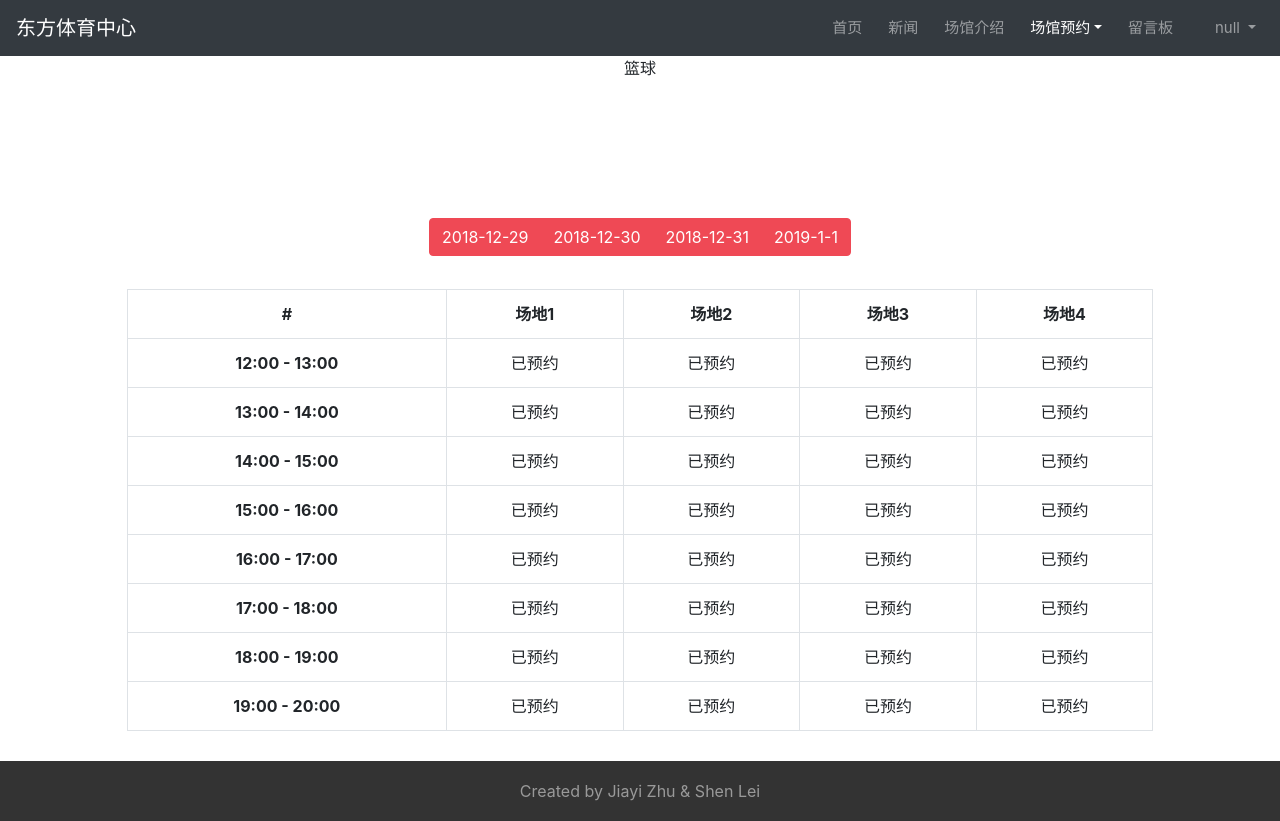
Repository: yueyue200830/Gym-Reservation
Page: http://localhost/reservation/reservation.jsp?rnvid=1
An editor plug-in stored every save of this project. The page is shown before and after the next save, followed by the edit.
The browser window is 1280 px wide. The pictures show the whole page.
Some web fonts or font styles are not loaded; a fallback is used. The page is served by Tomcat 9. Other server files are loaded and not shown. Queries for data that is not in the repository find no rows.

Above is the page before, as saved 2018-12-28 06:02:31.

### reservation/WebContent/reservation.jsp
<%@ page language="java" contentType="text/html; charset=UTF-8"
    pageEncoding="UTF-8"%>
<!DOCTYPE html>
<html>
<head>
	<meta charset="UTF-8">
	<meta name="viewport" content="width=device-width, initial-scale=1, shrink-to-fit=no">
	<title>预约</title>
	<link href="reservation.css" rel="stylesheet">
	<link href="settled.css" rel="stylesheet">
	<link rel="stylesheet" href="bootstrap/css/bootstrap.min.css">
</head>
<body>
	<nav class="navbar navbar-expand-sm navbar-dark bg-dark">
      <a class="navbar-brand">东方体育中心</a>
      <button class="navbar-toggler" type="button" data-toggle="collapse" data-target="#navbarsExample03" aria-controls="navbarsExample03" aria-expanded="false" aria-label="Toggle navigation">
      	<span class="navbar-toggler-icon"></span>
      </button>
      <div class="collapse navbar-collapse" id="navbarsExample03">
        <ul class="navbar-nav ml-auto">
        <li class="nav-item">
            <a class="nav-link" href="Hello.jsp">首页 <span class="sr-only">(current)</span></a>
          </li>
          <li class="nav-item">
            <a class="nav-link" href="news.jsp">新闻 </a>
          </li>
          <li class="nav-item">
            <a class="nav-link" href="rvnintro.jsp">场馆介绍</a>
          </li>
          <li class="nav-item dropdown active">
            <a class="nav-link dropdown-toggle" href="#" id="dropdown03" data-toggle="dropdown" aria-haspopup="true" aria-expanded="false">场馆预约</a>
            <div class="dropdown-menu dropdown-top" aria-labelledby="dropdown03">
              <a class="dropdown-item dropdown-word" href="reservation.jsp?rnvid=1">篮球</a>
              <a class="dropdown-item dropdown-word" href="reservation.jsp?rnvid=2">乒乓球</a>
              <a class="dropdown-item dropdown-word" href="reservation.jsp?rnvid=3">羽毛球</a>
              <a class="dropdown-item dropdown-word" href="reservation.jsp?rnvid=4">排球</a>
            </div>
          </li>

          <li class="nav-item">
            <a class="nav-link" href="messageboard.jsp">留言板</a>
          </li>
          <li class="nav-item dropdown no-arrow">
            <a class="nav-link dropdown-toggle" href="#" id="userDropdown" role="button" data-toggle="dropdown" aria-haspopup="true" aria-expanded="false">
            	<i class="ps-icon"></i>
            	<%= session.getAttribute("usrName") %>
            </a>
            <div class="dropdown-menu dropdown-menu-right dropdown-top" aria-labelledby="userDropdown">
              <a class="dropdown-item dropdown-word" href="UserInform.jsp">个人信息</a>
              <a class="dropdown-item dropdown-word" href="myorder.jsp">我的订单</a>
            <div class="dropdown-divider"></div>
              <a class="dropdown-item dropdown-word" href="#" data-toggle="modal" data-target="#logoutModal">登出</a>
            </div>
        </li>
      </ul>
      </div>
    </nav>
	<div class="center">
		<div class="table-show" id="vnu-title">
			篮球
		</div>
		<div class="btn-group btn_group_date" role="group" id="days" aria-label="First group" >
	    </div>
		<div class="card-body table-responsive table-show col-10">
			<table class="table table-bordered mb-0" id="reservation-table">
				<tr>
				<th>#</th>
				<th>场地1</th>
				<th>场地2</th>
				<th>场地3</th>
				<th>场地4</th>
				</tr>
			</table>
		</div>
	</div>
    <footer class="footer">
      <div class="container foot-text">
        <span class="foot-t">Created by Jiayi Zhu & Shen Lei</span>
      </div>
    </footer>
    <div class="modal fade" id="logoutModal" tabindex="-1" role="dialog" aria-labelledby="exampleModalLabel" style="display: none;" aria-hidden="true">
      <div class="modal-dialog" role="document">
        <div class="modal-content">
          <div class="modal-header">
            <h5 class="modal-title" id="exampleModalLabel">确定登出？</h5>
            <button class="close" type="button" data-dismiss="modal" aria-label="Close">
              <span aria-hidden="true">×</span>
            </button>
          </div>
          <div class="modal-body" style="text-align:center">生命在于运动</div>
          <div class="modal-footer">
            <button class="btn btn-secondary btn-cencel" type="button" data-dismiss="modal">取消</button>
            <a class="btn btn-primary" href="logout.jsp">确定</a>
          </div>
        </div>
      </div>
    </div>
    <script src="https://ajax.aspnetcdn.com/ajax/jquery/jquery-3.3.1.min.js"></script>
	<script src="https://cdn.staticfile.org/popper.js/1.14.3/umd/popper.min.js"></script>
	<script src="bootstrap/js/bootstrap.min.js"></script>
	<script>
	$(document).ready(function() {
		addDate();
		getTable();
	});
	function addDate() {
		var d = new Date();
		for (var i = 0; i < 4; i++) {
			var changeID = "day" + (i + 1);
			d = d.setDate(d.getDate() + 1);
			d = new Date(d);
			var changeday = d.getFullYear() + "-" + (d.getMonth()+1) + "-" + d.getDate();
			// document.getElementById(changeID).innerHTML = changeday;
			$("#days").append(
					"<a type='button' class='btn btn-secondary' id='" + changeID
					+ "' href='reservation.jsp?rnvid="+<%= request.getParameter("rnvid") %>+
					"&year="+d.getFullYear()+"&month="+(d.getMonth()+1)+"&day="+ d.getDate() +"')>" + changeday + "</a>");
		}
	}
	function getTable() {
		var t = new Date();
		t = t.setDate(t.getDate() + 1);
		t = new Date(t);
		var year = t.getFullYear();
		var month = t.getMonth()+1;
		var day = t.getDate();
		var rvnid = <%= request.getParameter("rnvid") %>;
		if(<%= request.getParameter("year") %> != null){
			year = <%= request.getParameter("year") %>;
			month = <%= request.getParameter("month") %>;
			day = <%= request.getParameter("day") %>;
		}
		//alert(year+","+month+","+day);
		var today = year + "-" + month + "-" + day;
		$.ajax({
			type : "POST",
			url : "OrderAvailable",
			data : {
				rvnID : rvnid,
				rvnDate : today
			},
			dataType : "json",
			success : function(data) {
				for (var j = 0; j < 8; j++) {
					var item = "<th>" + (j + 12) + ":00 - " + (j + 13) + ":00</th>";
					for (var i = 0; i < 4; i++) {
						if (data[i][j] != 0) {
							item += "<td><a href='orderadd.jsp?rvnRoom="+(i+1)+"&rvnTime="+(j+1)+"&rvnId="+
									rvnid+"&rvnPrice="+data[i][j]+"&year="+ year+"&month="+month+"&day="+day+
									"'>"+data[i][j]+"元</a></td>";
						} else {
							item += "<td><a>已预约</a></td>";
						}
					}
					$("#reservation-table").append("<tr>" + item + "<tr>");
				}
			},
			error : function(XMLHttpRequest, textStatus, errorThrown) {
				alert(XMLHttpRequest.status);
				alert(XMLHttpRequest.readyState);
				alert(textStatus);
			}
		});
	}
	</script>
</body>
</html>

### reservation/WebContent/reservation.css
@charset "UTF-8";

.center{
	text-align:center !important;
}

[type=button]{
	-webkit-appearance:none !important;
	outline:none;
}

.btn_group_date{
	padding: 1% !important;
	margin-top:2% !important;
}

.rvn-title {
	font-size: 20px;
}

### reservation/WebContent/settled.css
@charset "UTF-8";


/*
 *navbar
 */

@font-face {
  font-family: 'FontAwesome';
  src: url('fonts/fontawesome-webfont.eot?v=4.7.0');
  src: url('fonts/fontawesome-webfont.eot?#iefix&v=4.7.0') format('embedded-opentype'), url('../fonts/fontawesome-webfont.woff2?v=4.7.0') format('woff2'), url('../fonts/fontawesome-webfont.woff?v=4.7.0') format('woff'), url('../fonts/fontawesome-webfont.ttf?v=4.7.0') format('truetype'), url('../fonts/fontawesome-webfont.svg?v=4.7.0#fontawesomeregular') format('svg');
  font-weight: normal;
  font-style: normal;
}

.ps-icon::before{
	content: '\f007';
	font-family: FontAwesome !important;
	font-style: normal !important;
}


.body {
  padding-bottom: 20px;
}

.navbar {
  font-size: 15px !important;
}

.navbar-brand {
  color: #fff !important;
}

.dropdown-top {
  min-width: 7rem !important;
}

.navbar-nav li {
  margin-left: 10px;
}

.dropdown-word {
  font-size: 15px !important;
  text-align: center !important;
}



.dropdown-word:active {
	background-color: #ef4955 !important;
}

/*
 *Sticky footer styles
 */
html {
  position: relative;
  min-height: 100%;
}

body {
  margin-bottom: 60px; /* Margin bottom by footer height */
}

.footer {
  position: absolute;
  bottom: 0;
  width: 100%;
  height: 60px; /* Set the fixed height of the footer here */
  line-height: 60px; /* Vertically center the text there */
  background-color: #333;
}

.foot-t {
  color: rgba(255, 255, 255, .5);
  margin-bottom: 0;
}

.foot-text {
  text-align: center!important;
}

/*
 *button
 */

.btn {
  background-color: #ef4955 !important;
  border-color: #ef4955 !important;
  margin-top: 30px;
}

.btn:active,
.btn:focus{
  border: 0 !important;
  border-color: rgba(0,0,0,0) !important;
  box-shadow: 0 0 0 3px rgba(239, 73, 85, .5) !important;
}

.modal-footer>.btn-primary,
.modal-footer>.btn-secondary {
  padding: 3px 15px !important;
}

.close:active {
  border: 0 !important;
  box-shadow: 0 0 0 0 rgba(239, 73, 85, .5) !important;
}

.btn-a {
  color: #fff !important;
}

/*
 *table
 */

.table-show {
	margin-bottom:70px !important;
	margin-top: 30px;
	margin:auto;
	text-align:center;
}

### reservation/src/servlet/OrderAvailable.java
package servlet;

import java.io.IOException;
import javax.servlet.ServletException;
import javax.servlet.annotation.WebServlet;
import javax.servlet.http.HttpServlet;
import javax.servlet.http.HttpServletRequest;
import javax.servlet.http.HttpServletResponse;

import dbconns.OrderDAO;
import dbconns.OrderDAOImpl;
import net.sf.json.JSONArray;

/**
 * Servlet implementation class OrderAvailable
 */
@WebServlet("/OrderAvailable")
public class OrderAvailable extends HttpServlet {
	private static final long serialVersionUID = 1L;

    /**
     * @see HttpServlet#HttpServlet()
     */
    public OrderAvailable() {
        super();
        // TODO Auto-generated constructor stub
    }

	/**
	 * @see HttpServlet#doGet(HttpServletRequest request, HttpServletResponse response)
	 */
	protected void doGet(HttpServletRequest request, HttpServletResponse response) throws ServletException, IOException {
		// TODO Auto-generated method stub
		//doPost(request,response);
	}

	/**
	 * @see HttpServlet#doPost(HttpServletRequest request, HttpServletResponse response)
	 */
	protected void doPost(HttpServletRequest request, HttpServletResponse response) throws ServletException, IOException {
		System.out.println("... in order-available servlet");
		request.setCharacterEncoding("utf-8"); //solve messy code when getting parameters
		response.setCharacterEncoding("utf-8");
		response.setContentType("text/html; charset=utf-8");

		int rvnID=Integer.valueOf(request.getParameter("rvnID"));
		String rvnDate=request.getParameter("rvnDate");
		//String rvnDate="2018-12-27";

		OrderDAO od=new OrderDAOImpl();
		int[][] avai=new int[4][8];
		avai=od.available(rvnID, rvnDate);


		System.out.println("-- order available success --");
		JSONArray array=JSONArray.fromObject(avai);
		response.getWriter().write(array.toString());

	}

}

### reservation/src/dbconns/OrderDAOImpl.java
package dbconns;

import java.sql.*;
import java.text.SimpleDateFormat;
import java.util.ArrayList;
import java.util.List;
import java.util.Date;

import beans.News;
import beans.Order;
import dbconns.RevenueDAO;
import dbconns.RevenueDAOImpl;

public class OrderDAOImpl implements OrderDAO {

	public List<String> getall() {
		System.out.println("... in Order-getall");
		List<String> list = new ArrayList<String>();

    	try {
		    Connection conn=DBconn.init();

		    PreparedStatement ps=conn.prepareStatement("SELECT ordID,usrName,ordName,rvnName,rvnRoom,ordPhone,ordPrice,rvnDate,rvnTime FROM orders inner join users on orders.usrID=users.usrID inner join revenues on orders.rvnID = revenues.rvnID");
			ResultSet rs = ps.executeQuery();
			System.out.println("-- query done --");
			while(rs.next()){
				list.add(Integer.toString(rs.getInt("ordID")));
				list.add(rs.getString("usrName"));
				list.add(rs.getString("ordName"));
				list.add(rs.getString("rvnName"));
				list.add(Integer.toString(rs.getInt("rvnRoom")));
				list.add(rs.getString("ordPhone"));
				list.add(Double.toString(rs.getDouble("ordPrice")));
				list.add(new SimpleDateFormat("yyyy-MM-dd").format(rs.getDate("rvnDate")));
				int orgTime = rs.getInt("rvnTime");
				String time = Integer.toString(orgTime+12)+":00 - "+Integer.toString(orgTime+13)+":00";
				list.add(time);
			}

			DBconn.close();

			System.out.println("-- Order-getall success --");

			return list;
		} catch (SQLException e) {
			System.out.println("!! Order-getall sql error !!");
			e.printStackTrace();
		}
		return null;
	}

	public List<String> usergetall(int usrID){
		System.out.println("... in Order-usergetall");
		List<String> list = new ArrayList<String>();

    	try {
		    Connection conn=DBconn.init();

		    PreparedStatement ps=conn.prepareStatement("SELECT ordID,usrName,ordName,rvnName,rvnRoom,ordPhone,ordPrice,rvnDate,rvnTime "
		    +"FROM orders inner join users on orders.usrID=users.usrID inner join revenues on orders.rvnID = revenues.rvnID where orders.usrID="+usrID);
			ResultSet rs = ps.executeQuery();
			System.out.println("-- query done --");
			while(rs.next()){
				list.add(Integer.toString(rs.getInt("ordID")));
				list.add(rs.getString("usrName"));
				list.add(rs.getString("ordName"));
				list.add(rs.getString("rvnName"));
				list.add(Integer.toString(rs.getInt("rvnRoom")));
				list.add(rs.getString("ordPhone"));
				list.add(Double.toString(rs.getDouble("ordPrice")));
				list.add(new SimpleDateFormat("yyyy-MM-dd").format(rs.getDate("rvnDate")));
				int orgTime = rs.getInt("rvnTime");
				String time = Integer.toString(orgTime+12)+":00 - "+Integer.toString(orgTime+13)+":00";
				list.add(time);
			}

			DBconn.close();

			System.out.println("-- Order-usergetall success --");

			return list;
		} catch (SQLException e) {
			System.out.println("!! Order-usergetall sql error !!");
			e.printStackTrace();
		}
		return null;
	}

	public int[][] available(int rvnID, String rvnDate){
		System.out.println("... in order-available");
		int price=0;
		RevenueDAO rd=new RevenueDAOImpl();
		price=rd.findprice(rvnID);
		int[][] avai=new int[4][8];
		for(int i=0;i<4;i++) {
			for(int j=0;j<8;j++) {
				avai[i][j]=price;
			}
		}

		String sql="select rvnRoom,rvnTime from orders where rvnDate=? and rvnID=?";

		try {
			Connection conn=DBconn.init();

			PreparedStatement ps=conn.prepareStatement(sql);
			ps.setString(1,rvnDate);
			ps.setInt(2,rvnID);
			System.out.println("-- ps success: "+ps+" --");

			ResultSet rs=ps.executeQuery();

			while(rs.next()) {
				int col=0,row=0;
				row=rs.getInt("rvnRoom");
				col=rs.getInt("rvnTime");
				System.out.println(row+","+col);
				avai[row-1][col-1]=0;
			}
			DBconn.close();

			for(int i=0;i<4;i++) {
				for(int j=0;j<8;j++) {
					System.out.print(avai[i][j]+" ");
				}
				System.out.println("");
			}

			System.out.println("-- orderdaoimpl-available success --");

		} catch (SQLException e) {
			System.out.println("!! order-available sql error !!");
			e.printStackTrace();
		}

		return avai;
	}

	public boolean add(int usrID, String ordName, int rvnID, int rvnRoom,String ordPhone, double ordPrice, String rvnDate, int rvnTime) {
		System.out.println("... in order-add");
		String sql="insert into orders (usrID,ordName,rvnID,rvnRoom,ordPhone,ordPrice,rvnDate,rvnTime) values (?,?,?,?,?,?,?,?)";
		int r=0;
		boolean flag=false;

		try {
			Connection conn=DBconn.init();

			PreparedStatement ps=conn.prepareStatement(sql);
			ps.setString(1,Integer.toString(usrID));
			ps.setString(2,ordName);
			ps.setString(3,Integer.toString(rvnID));
			ps.setString(4,Integer.toString(rvnRoom));
			ps.setString(5,ordPhone);
			ps.setString(6,Double.toString(ordPrice));
			ps.setString(7,rvnDate);
			ps.setString(8,Integer.toString(rvnTime));
			System.out.println("-- ps success: "+ps+" --");

			r=ps.executeUpdate();

			if(r>0)
				flag=true;

			DBconn.close();
		}catch(SQLException e) {
			System.out.println("!! user-register sql error !!");
			e.printStackTrace();
		}

		return flag;
	}

	public boolean delete(int ordID) {
		System.out.println("... in order-add");
		String sql="delete from orders where ordID=?";
		int r=0;
		boolean flag=false;

		try {
			Connection conn=DBconn.init();

			PreparedStatement ps=conn.prepareStatement(sql);
			ps.setString(1,Integer.toString(ordID));
			System.out.println("-- ps success: "+ps+" --");

			r=ps.executeUpdate();

			if(r>0)
				flag=true;

			DBconn.close();
		}catch(SQLException e) {
			System.out.println("!! user-delete sql error !!");
			e.printStackTrace();
		}

		return flag;
	}
}

### reservation/src/dbconns/RevenueDAOImpl.java
package dbconns;

import java.sql.*;
import java.util.ArrayList;
import java.util.List;

import beans.Revenue;

public class RevenueDAOImpl implements RevenueDAO {

	public boolean update(int rvnID, String rvnName, int rvnNum, double rvnPrice) {
		System.out.println("... in revenue-update");
		boolean flag = false;
		int r = 0;
		String sql = "update revenues set rvnName=?,rvnNum=?,rvnPrice=? where rvnID=?";

		try {
			Connection conn = DBconn.init();

			PreparedStatement ps=conn.prepareStatement(sql);
			ps.setString(1, rvnName);
			ps.setString(2, Integer.toString(rvnNum));
			ps.setString(3, Double.toString(rvnPrice));
			ps.setString(4, Integer.toString(rvnID));
			r=ps.executeUpdate();
			DBconn.close();
		} catch (SQLException e) {
			System.out.println("!! revenue-update error !!");
			e.printStackTrace();
		}

		if (r > 0) {
			System.out.println("--" + r + " lines affected --");
			flag = true;
		}

		return flag;
	}

	public List<Revenue> getall() {
		System.out.println("... in revenue-getall");
		List<Revenue> list = new ArrayList<Revenue>();

    	try {
		    Connection conn=DBconn.init();

		    PreparedStatement ps=conn.prepareStatement("select * from revenues");
			ResultSet rs = ps.executeQuery();
			while(rs.next()){
				Revenue revenue=new Revenue();
				revenue.setRvnID(rs.getInt("rvnID"));
				revenue.setRvnName(rs.getString("rvnName"));
				revenue.setRvnNum(rs.getInt("rvnNum"));
				revenue.setRvnPrice(rs.getInt("rvnPrice"));
				list.add(revenue);
			}
			DBconn.close();

			System.out.println("-- revenue-getall success --");

			return list;
		} catch (SQLException e) {
			System.out.println("!! revenue-getall sql error !!");
			e.printStackTrace();
		}
		return null;
	}

	public int findprice(int rvnID) {
		System.out.println("... in revenue-findprice");
		int price=0;

    	try {
		    Connection conn=DBconn.init();

		    PreparedStatement ps=conn.prepareStatement("select rvnPrice from revenues where rvnID="+rvnID);
			ResultSet rs = ps.executeQuery();
			while(rs.next()){
				price=rs.getInt("rvnPrice");
			}
			DBconn.close();

			System.out.println("-- revenue-findprice success --");
		} catch (SQLException e) {
			System.out.println("!! revenue-findprice sql error !!");
			e.printStackTrace();
		}

		return price;

	}
}

### reservation/src/dbconns/DBconn.java
package dbconns;

import java.sql.*;

public class DBconn {
	private static String url = "jdbc:mysql://localhost:3306/reservations?useUnicode=true&characterEncoding=utf-8&useSSL=false&serverTimezone=GMT";
	private static String username = "root";
	private static String password = "123456";
	private static Connection  conn = null;


	public static Connection init(){
		try {
			Class.forName("com.mysql.jdbc.Driver");
			System.out.println("-- success loading Mysql Driver --");
			conn = DriverManager.getConnection(url,username,password);
			return conn;
		} catch (Exception e) {
			System.out.println("!! sql init error !!");
			e.printStackTrace();
			return null;
		}
	}

	public static void close(){
		try {
			conn.close();
		} catch (SQLException e) {
			System.out.println("!! sql close error !!");
			e.printStackTrace();
		}
	}
}

Loaded but not shown: reservation/WebContent/bootstrap/css/bootstrap.min.css (library); reservation/WebContent/bootstrap/js/bootstrap.min.js (library)

After the next save:
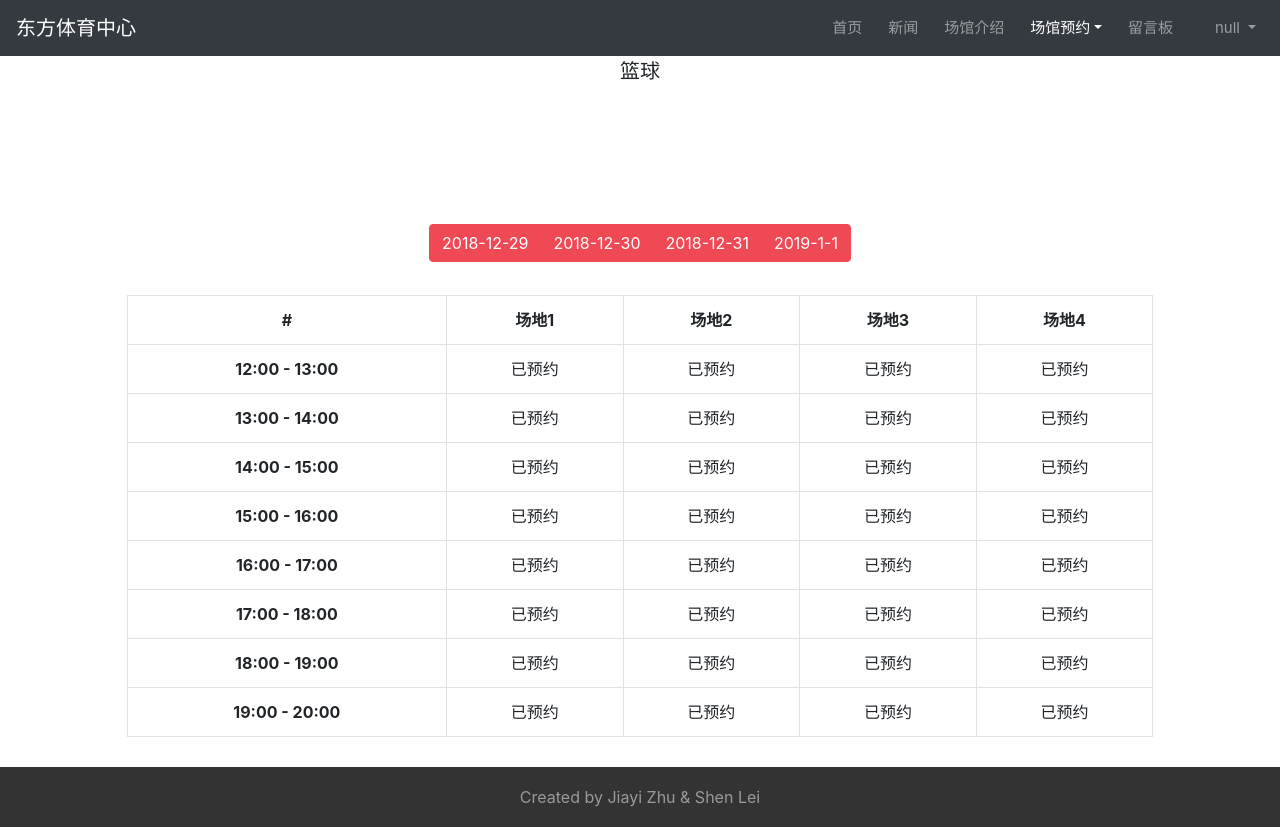
Saved 9 s later.
--- a/reservation/WebContent/reservation.jsp
+++ b/reservation/WebContent/reservation.jsp
@@ -56,7 +56,7 @@
       </div>
     </nav>
 	<div class="center">
-		<div class="table-show" id="vnu-title">
+		<div class="table-show rvn-title" id="vnu-title">
 			篮球
 		</div>
 		<div class="btn-group btn_group_date" role="group" id="days" aria-label="First group" >
